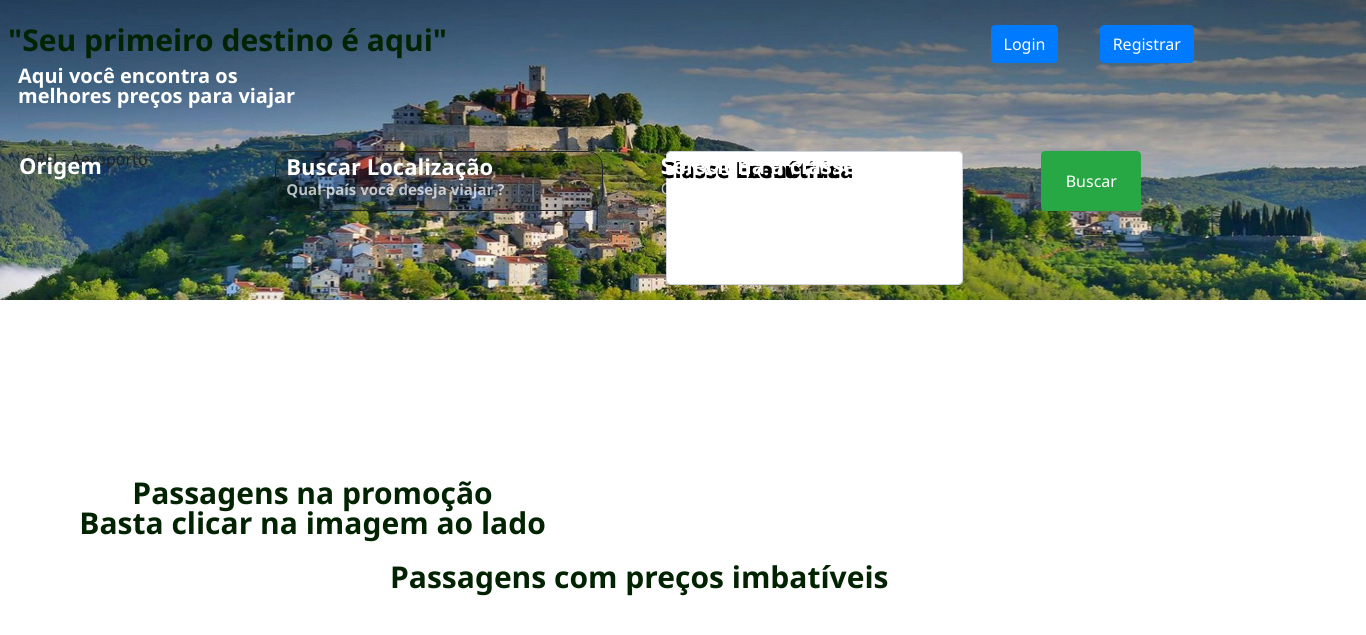
Repository: VictorFlay/Aplicacao-WEB
Page: http://localhost/ProjetoWeb/
These files come from the project's save history. The page is drawn as it stood at one moment and after the next save; the edit follows.
The browser window is 1280 px wide. The page is 1366 px wide, so the pictures cover 1366 px, including what lies to the right of the window. The pictures show the whole page.
Some web libraries are served in a nearby version. The page is served by Tomcat 9. Other server files are loaded and not shown. Queries for data that is not in the repository find no rows.

Above is the page before, as saved 2021-07-17 01:47:43.

### ProjetoWeb/WebContent/index.jsp
<%@page import="model.Usuario"%>
<%@page import="model.Localizacao"%>
<%@page import="model.Passagem"%>
<%@page import="model.LinhaAerea"%>
<%@page import="model.LinhaAerea"%>

<html lang="pt">
<head>

<!-- CSS -->
<link rel="stylesheet" type="text/css" href="css/design.css">

<!-- JQUEY e AJAX -->
<script src="https://cdnjs.cloudflare.com/ajax/libs/popper.js/1.12.9/umd/popper.min.js"></script>
<script src="https://code.jquery.com/jquery-3.2.1.slim.min.js"></script>
<script src="https://code.jquery.com/jquery-3.3.1.min.js"></script>

<!-- Bootstrap CSS -->
<script src="https://maxcdn.bootstrapcdn.com/bootstrap/4.0.0/js/bootstrap.min.js"></script>
<meta name="viewport" content="width=device-width, initial-scale=1, shrink-to-fit=no">
<link rel="stylesheet" href="https://maxcdn.bootstrapcdn.com/bootstrap/4.0.0/css/bootstrap.min.css">

<title>Agência</title>
<%
	String carousel = new Passagem().CarouselPromocao();
	String carouselcards = new Passagem().CarouselCards();
	String nome = (String) session.getAttribute("nome");
	String localizacao = new Localizacao().localizacoes();
	String nivelusuario = (String) session.getAttribute("nivelusuario");
	int converte = new Usuario().convert(nivelusuario);
%>
</head>
<body>

	<div class="container-fluid px-0">

		<!-- Imagem de fundo -->
		<div class="row">
			<div class="col-12 col-lg-12 center">
				<img src="img/menu.jpg" class="img-responsive"
					alt="Responsive image" id="imagem">
			</div>
		</div>

		<div class="row">
			<div class="col-8 col-lg-9 justify-content-between mt-4 ml-2"
				id="mensagem">"Seu primeiro destino é aqui"</div>

			<!-- Apenas o contéudo que o vistante tem acesso -->
			<%
				if (converte == 0) {
			%>
			<div class="col-1 col-lg-1 mt-4">
				<button type="button" class="btn btn-primary" data-toggle="modal"
					data-target="#login" data-whatever="@mdo">Login</button>
				<div class="modal fade" id="login" tabindex="-1" role="dialog"
					aria-labelledby="exampleModalLabel" aria-hidden="true">
					<div class="modal-dialog" role="document">
						<div class="modal-content">
							<div class="modal-header">
								<h5 class="modal-title" id="exampleModalLabel">Login</h5>
								<button type="button" class="close" data-dismiss="modal"
									aria-label="Close">
									<span aria-hidden="true">&times;</span>
								</button>
							</div>
							<div class="modal-body">
								<form method="POST" id="login-form">
									<div class="form-group">

										<!-- Exibe uma mensagem de erro na hora de logar  -->
										<div class="alert alert-danger center" role="alert"
											id="errologin"></div>
										<label for="login" class="col-form-label">Login:</label> <input
											type="text" class="form-control" id="username"
											name="username">
									</div>

									<div class="form-group">
										<label for="senha" class="col-form-label">Senha:</label> <input
											type="password" class="form-control" id="senha" name="senha">
									</div>

									<div class="modal-footer">
										<button type="button" class="btn btn-secondary"
											data-dismiss="modal">Fechar</button>
										<button type="submit" class="btn btn-primary">Entrar</button>
									</div>
								</form>
							</div>
						</div>
					</div>
				</div>
			</div>

			<!-- Registrar no sistema -->
			<div class="col-1 col-lg-1 mt-4">
				<button type="button" class="btn btn-primary" data-toggle="modal"
					data-target="#registrar" data-whatever="@mdo">Registrar</button>

				<div class="modal fade" id="registrar" tabindex="-1" role="dialog"
					aria-labelledby="exampleModalLabel" aria-hidden="true">
					<div class="modal-dialog" role="document">
						<div class="modal-content">
							<div class="modal-header">
								<h5 class="modal-title" id="exampleModalLabel">Registrar</h5>
								<button type="button" class="close" data-dismiss="modal"
									aria-label="Close">
									<span aria-hidden="true">&times;</span>
								</button>
							</div>
							<div class="modal-body">
								<form method="POST" id="register-form">
									<div class="alert alert-danger center" role="alert" id="erro">
										Nome ou Login já cadastrado!</div>
									<div class="form-group">
										<label for="nome" class="col-form-label">Nome
											Completo:</label> <input type="text" class="form-control" id="nome" name="nome" placeholder="Nome completo">
									</div>

									<div class="form-group">
										<label for="login" class="col-form-label">Login:</label>
										<input type="text" class="form-control" id="cxlogin" name="cxlogin" placeholder="Login">
									</div>

									<div class="form-group">
										<label for="senha" class="col-form-label">Senha:</label> <input
											type="password" class="form-control" id="cxsenha" name="cxsenha" placeholder="Senha">
									</div>

									<div class="form-row">
										<div class="form-group col-md-6">
											<label for="telefone" class="col-form-label">Telefone:</label>
											<input type="text" class="form-control" id="telefone" placeholder="Digite seu telefone..." name="telefone">
										</div>

										<div class="form-group col-md-3 ml-4">
											<label for="estado" class="col-form-label">Estado</label> <select
												id="estado" class="form-control">
												<option value="AC" selected>AC</option>
												<option value="AL">AL</option>
												<option value="AP">AP</option>
												<option value="AM">AM</option>
												<option value="BA">BA</option>
												<option value="CE">CE</option>
												<option value="ES">ES</option>
												<option value="GO">GO</option>
												<option value="MA">MA</option>
												<option value="MT">MT</option>
												<option value="MS">MS</option>
												<option value="MG">MG</option>
												<option value="PA">PA</option>
												<option value="PB">PB</option>
												<option value="PR">PR</option>
												<option value="PE">PE</option>
												<option value="PI">PI</option>
												<option value="RJ">RJ</option>
												<option value="RN">RN</option>
												<option value="RS">RS</option>
												<option value="RO">RO</option>
												<option value="RR">RR</option>
												<option value="SC">SC</option>
												<option value="SP">SP</option>
												<option value="SE">SE</option>
												<option value="TO">TO</option>
												<option value="DF">DF</option>
											</select>
										</div>
									</div>

									<div class="modal-footer">
										<button type="button" class="btn btn-secondary"
											data-dismiss="modal">Fechar</button>
										<button type="submit" class="btn btn-primary">Entrar</button>
									</div>
								</form>
							</div>
						</div>
					</div>
				</div>
			</div>

			<!-- Nível Usuário -->
			<% }else if (converte == 1) { %>

			<!-- Menu do usuário -->
			<div class="col-1 col-lg-1 mt-4 ml-4">
				<div class="dropdown">
					<a class="btn btn-secondary dropdown-toggle" href="#" role="button"
						id="dropdownMenuLink" data-toggle="dropdown" aria-haspopup="true"
						aria-expanded="false"> Perfil </a>
					<div class="dropdown-menu" aria-labelledby="dropdownMenuLink">
						<a class="dropdown-item" href="historico.jsp">Histórico</a>
					</div>

				</div>
			</div>

			<!-- Deslogar -->
			<div class="col-1 col-lg-1 mt-4 ml-4">
				<a href="deslogar.jsp?pag=1">
					<button type="button" class="btn btn-primary">Deslogar</button>
				</a>
			</div>
		</div>

		<!-- Nível ADM -->
		<% } else { %>

		<!-- Menu do administrador -->
		<div class="col-1 col-lg-1 mt-4 ml-2">
			<div class="dropdown">
				<a class="btn btn-secondary dropdown-toggle" href="#" role="button"
					id="dropdownMenuLink" data-toggle="dropdown" aria-haspopup="true"
					aria-expanded="false"> ADM </a>

				<div class="dropdown-menu" aria-labelledby="dropdownMenuLink">
					<a class="dropdown-item" href="adicionarlocalizacao.jsp">Localização</a>
					<a class="dropdown-item" href="adicionarpassagem.jsp">Passagem</a>
					<a class="dropdown-item" href="adicionarlinha.jsp">Companhia Aérea</a>
					<a class="dropdown-item" href="usuariomenu.jsp">Usuário</a>
				</div>
			</div>
		</div>

		<!-- Deslogar do sistema -->
		<div class="col-1 col-lg-1 mt-4 ml-4">
			<a href="deslogar.jsp?pag=1">
				<button type="button" class="btn btn-primary">Deslogar</button>
			</a>
		</div>

	<%}%>

	</div>

	<div class="row">
		<div class="col-12 col-lg-3 ml-2" id="mensagem2">
			Aqui você encontra os melhores preços para viajar
		</div>
	</div>

	<form method="POST" id="buscar-form">
		<div class="row mt-4">
			<div class="col-2 col-lg-2 aeroporto mt-4 ml-4">
				<div class="jss30">
					<p>Origem</p>
				</div>
				<div class="jss35">GRU - Aeroporto</div>
			</div>

			<div class="col-3 col-lg-3 buscarlocalizacao mt-4 ml-5">
				<%
					out.print(localizacao);
				%>
				<div class="jss30">
					<p>Buscar Localização</p>
				</div>
				<div class="jss31">Qual país você deseja viajar ?</div>
			</div>

			<div class="col-3 col-lg-3 classe mt-4 ml-5">
				<select multiple class="form-control buscarclasse">
					<option value="1" class="jss32">Classe Econômica</option>
					<option value="2" class="jss32">Classe Executiva</option>
				</select>

				<div class="jss30">
					<p>Seleciona a classe</p>
				</div>
				<div class="jss33">
					Qual classe você deseja viajar ?
				</div>

			</div>

			<div class="col-1 col-lg-1 mt-4 ml-5">
				<button type="submit" class="btn btn-success buscarlinha">Buscar</button>
			</div>

		</div>
	</form>

	<!-- Mensagem de erro na tela na hora de efetuar uma busca -->
	<div class="row justify-content-center mt-5" id="errobuscalinha">
		<div class="col-3 text-center" id="errobusca"></div>
	</div>


	<div class="row mt-5">
		<div class="col-6 col-lg-6 jss37 mt-5" id="titulo">
			<div class="row justify-content-center mt-5" id="mensagem">
				Passagens na promoção
			</div>

			<div class="row justify-content-center" id="mensagem">Basta
				clicar na imagem ao lado
			</div>
		</div>

		<div class="col-6 col-lg-5 mt-5">
			<%
				out.print(carousel);
			%>
		</div>

	</div>

	<div class="row">
		<div class="col-12 col-lg-12 ">
			<div class="mx-auto msg mt-4" style="width: 500px;">Passagens
				com preços imbatíveis</div>
		</div>
	</div>


	<div class="row mt-4">
		<div class="col-sm-12">
			<% out.print(carouselcards); %>
		</div>
	</div>

	<script type="text/javascript" src="js/script.js"></script>

</body>
</html>

### ProjetoWeb/src/database/DBConnection.java
package database;


import java.lang.reflect.InvocationTargetException;
import java.sql.Connection;
import java.sql.DriverManager;
import java.sql.SQLException;

public class DBConnection {

	private String host;
	private String port;
	private String schema;
	private String user;
	private String password;

	private Connection connection = null;

	public DBConnection(String host, String port, String schema, String user, String password) {
		this.setHost(host);
		this.setPort(port);
		this.setSchema(schema);
		this.setUser(user);
		this.setPassword(password);
		this.doConnection();
	}

	public DBConnection() {
		this.setHost	("localhost");
		this.setPort	("3306");
		this.setSchema	("agencia");
		this.setUser	("root");
		this.setPassword("");
		this.doConnection();
	}

	private void doConnection() {
		String timezone = "&useTimezone=true&serverTimezone=UTC";// use o &useTimezone=true&serverTimezone=UTC para não ter problemas de data;
		String url = "jdbc:mysql://"+this.host+":"+port+"/"+this.schema+"?user="+this.user+"&password="+this.password+timezone;
		try {
			// Class.forName("com.mysql.jdbc.Driver").newInstance();
			// A linha acima foi depreciada após o mysql 8.0
			// A partir do mysql-connector-java-8.0.17.jar utilize as duas linhas abaixo
			Class.forName("com.mysql.cj.jdbc.Driver").getConstructor().newInstance();
			DriverManager.registerDriver(new com.mysql.cj.jdbc.Driver());
			this.connection = DriverManager.getConnection(url);
		} catch (InstantiationException e){
			e.printStackTrace();
		} catch (IllegalAccessException e){
			e.printStackTrace();
		} catch (ClassNotFoundException e) {
			e.printStackTrace();
		} catch (SQLException e) {
			e.printStackTrace();
		}catch (IllegalArgumentException e) {
			e.printStackTrace();
		} catch (InvocationTargetException e) {
			e.printStackTrace();
		} catch (NoSuchMethodException e) {
			e.printStackTrace();
		} catch (SecurityException e) {
			e.printStackTrace();
		}
	}

	public String getHost() {
		return host;
	}

	public void setHost(String host) {
		this.host = ( host.isEmpty() ? "localhost" : host ) ;
	}

	public String getPort() {
		return port;
	}

	public void setPort(String port) {
		this.port = ( port.isEmpty() ? "3306" : port ) ;
	}

	public String getSchema() {
		return schema;
	}

	public void setSchema(String schema) {
		this.schema = schema;
	}

	public String getUser() {
		return user;
	}

	public void setUser(String user) {
		this.user = user;
	}

	public String getPassword() {
		return password;
	}

	public void setPassword(String password) {
		this.password = password;
	}

	public Connection getConnection() {
		return (this.connection);
	}

}

### ProjetoWeb/WebContent/css/design.css
.form-group {
    margin-right: -10px;
}

#barra{
    width: 200px;
    height: 50px;
    border: 1px solid;
    border-radius: 15px;
    position: absolute;
    z-index: 0;
    background-color: white;
    opacity: 0.19;
    font-weight: bold;
    top: 0px;
}

#errologin{
	display:none;
}

.buscarloca{
	width: 300px;
    height: 200px;
    border: 1px solid;
    border-radius: 15px;
    z-index: 0;
    background-color: white;
    font-weight: bold;
    top: 0px;
    visibility: hidden;
}



#erro{
	display:none;
	}


#origem{
    width: 200px;
    height: 50px;
    border: 1px solid;
    border-radius: 15px;
    z-index: 0;
    background-color: white;
    background: rgba(0, 0, 0, 0.19);
    font-weight: bold;
    top: 0px;

}

.buscarlocalizacao{
    width: 300px;
    height: 60px;
    border: 1px solid;
    border-radius: 15px;
    z-index: 0;
    background-color: white;
    background: rgba(0, 0, 0, 0.19);
    font-weight: bold;
    top: 0px;


}

#classe{
    width: 300px;
    height: 60px;
    border: 1px solid;
    border-radius: 15px;
    z-index: 0;
    background-color: white;
    background: rgba(0, 0, 0, 0.19);
    font-weight: bold;
    top: 0px;

}

.buscarlinha{
	width: 100px;
    height: 60px;
    border: 1px solid;
    border-radius: 15px;
    z-index: 0;
    background-color: white;
    background: rgba(0, 0, 0, 0.19);
    font-weight: bold;
    top: 0px;
}


#destino{
    width: 200px;
    height: 50px;
    border: 1px solid;
    border-radius: 15px;
    z-index: 0;
    background-color: white;
    background: rgba(0, 0, 0, 0.19);
    font-weight: bold;
    top: 0px;

}

#calendario{
    width: 200px;
    height: 50px;
    border: 1px solid;
    border-radius: 15px;
    z-index: 0;
    background-color: white;
    background: rgba(0, 0, 0, 0.19);
    font-weight: bold;
    top: 0px;

}

#iconecalendario{
    top: 12px;
    position: absolute;
}

#passageiro{
    width: 250px;
    height: 50px;
    border: 1px solid;
    border-radius: 15px;
    z-index: 0;
    background-color: white;
    background: rgba(0, 0, 0, 0.19);
    font-weight: bold;
    top: 0px;
}

#mensagem{
    color: rgb(2, 35, 2);
    z-index: 3;
    font-weight: bold;
    font-size: 30px;
    white-space: nowrap;
}

#mensagem2{
    color: white;

    z-index: 3;
    font-weight: bold;
    font-size: 20px;
    left: 10px;
    top: 3px;
    display: block;
    opacity: 1;
}

#radios{
    color: white;
    font-size: 17px;
    font-weight: bold;
    white-space: nowrap;
}

#radio1{
    width: 20px;
    height: 20px;
    color: green;
}


#corpo{
    position: absolute;
    top: 325px;
}

#corpo2{
	position: relative;
	top: 580px;

}


#barrapassageiro2{
    width: 300px;
    height: 350px;
    left: 695px;
    border: 1px solid;
    border-radius: 15px;
    position: absolute;
    z-index: 0;
    background-color: white;
    top: 0px;
    font-weight: bold;
}

.quartabarra{
    cursor: pointer;
}



.barrapassageiroescondido{
    z-index: 3;
    user-select:none;
    top: 0px;
}

#perfil{

    top: 3px;
    position: absolute;
}

#txt{
    position: absolute;
    z-index: 1;
}


#aviao{
    left: 190px;
    top:5px;
    position: absolute;
    z-index: 1;
}



.origem{
    width: 500px;
    height: 50px;
    border: 1px solid;
    border-radius: 10px;
    position: absolute;
    z-index: 3;
    background-color: white;
    visibility: hidden;
    top: 0px;
}

.buscar{
    width: 120px;
    height: 50px;
    left: 975px;

    border-color: grey;
    border-radius: 10px;
    position: absolute;
    z-index: 3;
    background-color: #30503A;
    top: 0px;
}

.buscarvoo{
    color: white;
    position: absolute;

    z-index: 1;
    font-weight: bold;
    font-size: 15px;
    left: 20px;
    top: 16px;
}

* {
    margin: 0;
    padding: 0;
    border: 0;
    outline: none;
    list-style: none;
    text-decoration: none;
    font-family: segoe ui, helvetica neue, helvetica, arial, sans-serif;
    line-height: 1;
  }

  body {
    font-size: 16px;
  }




.jss1{
    color: white;
    position: absolute;
    z-index: 3;
    font-weight: bold;
    font-size: 20px;
    left: 10px;
    top: 3px;
    display: block;
    opacity: 1;
}

.jss2{
    color: white;
    position: absolute;
    z-index: 1000;
    font-size: 13px;
    left: 10px;
    top: 30px;
    opacity: 0.70;
    white-space: nowrap;
}

.jss3{
    color: white;
    position: absolute;
    z-index: 1;
    font-weight: bold;
    font-size: 20px;
    top: 3px;
}

.jss4{
    color: white;
    position: absolute;
    z-index: 1;
    font-size: 13px;
    top: 30px;
    opacity: 0.70;
}

.jss5{
    color: white;
    position: absolute;
    z-index: 1;
    font-size: 13px;
    left: 60px;
    top: 18px;
    opacity: 0.70;
}

.jss6{
    color: white;
    position: absolute;
    z-index: 1;
    font-size: 13px;
    left: 60px;
    top: 18px;
    opacity: 0.70;
}

.jss7{
    color: black;
    position: absolute;
    z-index: 1;
    font-size: 13px;
    left: 740px;
    top: 18px;

}

hr.jss8{
    border-top: 1px solid grey;
    position: absolute;
    z-index: 1;
    width: 240px;
    top: 31px;
    left: 725px;
}

hr.jss14{
    border-top: 1px solid grey;
    position: absolute;
    z-index: 1;
    width: 240px;
    top: 180px;
    left: 725px;
}

.jss9{
    color: black;
    position: absolute;
    z-index: 1;
    font-size: 11px;
    left: 710px;
    top: 60px;
    font-weight: bold;
}

.jss10{
    color: black;
    position: absolute;
    z-index: 1;
    font-size: 20px;
    left: 710px;
    top: 80px;
    font-weight: bold;
}

.jss11{
    color: black;
    position: absolute;
    z-index: 1;
    font-size: 15px;
    left: 710px;
    top: 105px;

}

.jss12{
    color: black;
    position: absolute;
    z-index: 1;
    font-size: 20px;
    left: 710px;
    top: 140px;
    font-weight: bold;
}

.jss13{
    color: black;
    position: absolute;
    z-index: 1;
    font-size: 15px;
    left: 710px;
    top: 165px;
}

.jss15{
    color: black;
    position: absolute;
    z-index: 1;
    font-size: 11px;
    left: 710px;
    top: 210px;
    font-weight: bold;
}

.jss16{
    width: 125px;
    height: 50px;
    background-color: cornflowerblue;
    position: absolute;
    left: 710px;
    top: 235px;
    border-radius: 10px;
    color: black;
    border: 1px solid;
    border-color: grey;
    -webkit-box-sizing: border-box;
    -moz-box-sizing: border-box;
    box-sizing: border-box;
    -webkit-appearance: none;
    -moz-appearance: none;
    appearance: none;
    cursor: pointer;
}



.jss17{
    width: 125px;
    height: 50px;
    position: absolute;
    left: 855px;
    top: 235px;
    border-radius: 10px;
    color: black;
    border: 1px solid;
    border-color: grey;
    -webkit-box-sizing: border-box;
    -moz-box-sizing: border-box;
    box-sizing: border-box;
    -webkit-appearance: none;
    -moz-appearance: none;
    appearance: none;
    cursor: pointer;

}

.jss18{
    color: black;
    position: absolute;
    z-index: 2;
    font-size: 12px;
    left: 722px;
    top: 253px;
    font-weight: bold;
    cursor: pointer;
    user-select:none;
}

.jss19{
    color: black;
    position: absolute;
    z-index: 2;
    font-size: 12px;
    left: 872px;
    top: 253px;
    font-weight: bold;
    cursor: pointer;
    user-select:none;
}

.jss20{
    color: grey;
    position: absolute;
    z-index: 2;
    font-size: 15px;
    left: 810px;
    top: 300px;
    font-weight: bold;

}

.jss21{
    left: 880px;
    top: 85px;
    font-weight: bold;
    position: absolute;

}

.jss22{
    left: 941px;
    top: 85px;
    font-weight: bold;
    position: absolute;
    cursor: pointer;
}

.jss23{
    left: 919px;
    top: 86px;
    position: absolute;
    font-size: 25px;
    font-weight: bold;
    font-family: arial;
    color:black;
    width: 15px;
    user-select:none;
}

.jss25{
    left: 880px;
    top: 145px;
    font-weight: bold;
    position: absolute;
}

.jss26{
    left: 941px;
    top: 145px;
    font-weight: bold;
    position: absolute;
}



.jss28{
    left: 919px;
    top: 146px;
    position: absolute;
    font-size: 25px;
    font-weight: bold;
    font-family: arial;
    color:black;
    width: 15px;
    user-select:none;
}

.jss29{
    color: white;
    font-size: 17px;
    font-weight: bold;
    white-space: nowrap;
}


.jss30{
    color: white;
    position: absolute;
    z-index: 3;
    font-weight: bold;
    font-size: 22px;
    left: 10px;
    top: 3px;
    display: block;
    opacity: 1;
    white-space: nowrap;
}

.jss31{
    color: white;
    position: absolute;
    z-index: 1000;
    font-size: 15px;
    left: 10px;
    top: 30px;
    opacity: 0.70;
    white-space: nowrap;
}

.jss32{
	color: black;
    position: absolute;
    z-index: 3;
    font-weight: bold;
    font-size: 22px;
    left: 10px;
    top: 3px;
    display: block;
    opacity: 1;
    white-space: nowrap;
}

.jss33{
    color: white;
    position: absolute;
    z-index: 1000;
    font-size: 15px;
    left: 10px;
    top: 30px;
    opacity: 0.70;
    white-space: nowrap;
}

#aumentardiminuir{
    top: 600px;

    width: 10px;
    height: 10px;
    position: absolute;
    left: 100px;
}

#testar{
	position: absolute;
}

.corpo{
	width: 1366px;
	height: 900px;
	border: 1px solid;
	position: relative;
	top: 300px;
}


.container{
    margin: 0 auto;
}

#logo{
    width: 100%;
}






.msg{
    color: rgb(2, 35, 2);
    z-index: 3;
    font-weight: bold;
    font-size: 30px;
}


#imagem{
    position: absolute;
    width: 1366px;
}

#aviaofundo{
	position: absolute;
	height: 350px;
	widht: 100%;
}

#aviaopequeno{
	width: 50px;
	height: 50px;
}

.card-img-top {
    width: 100%;
    height: 15vw;
    object-fit: cover;
}

@media only screen and (max-width: 1366px) and (min-width: 769px){
	.dr{
	left: 140px;
	}
}

@media only screen and (max-width: 991px) and (min-width: 540px){
	.dr{
	left: 90px;
	}

	#aviaofundo{
		position: absolute;
		height: 350px;
		width: 100%;
	}
}

#card{
	border-radius: 13px;
	border-color: grey;
	widht: 18rem;
}

Loaded but not shown: ProjetoWeb/WebContent/js/script.js (268 lines, source omitted); ProjetoWeb/src/model/Passagem.java (306 lines, source omitted); ProjetoWeb/src/model/Localizacao.java (212 lines, source omitted); ProjetoWeb/src/model/Usuario.java (259 lines, source omitted)

After the next save:
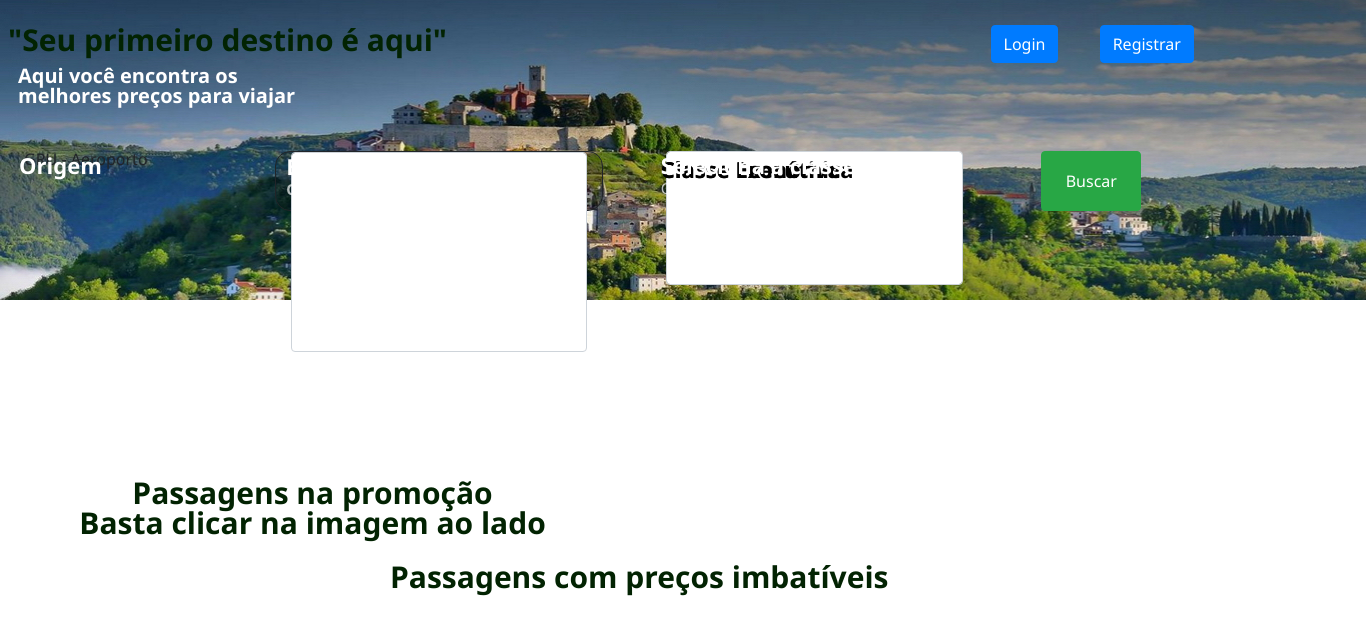
Saved 67 min 57 s later.
--- a/ProjetoWeb/WebContent/css/design.css
+++ b/ProjetoWeb/WebContent/css/design.css
@@ -24,11 +24,11 @@
     height: 200px;
     border: 1px solid;
     border-radius: 15px;
-    z-index: 0;
-    background-color: white;
-    font-weight: bold;
-    top: 0px;
-    visibility: hidden;
+    z-index: 1;
+    background-color: white;
+    font-weight: bold;
+    top: 0px;
+
 }
 
 
